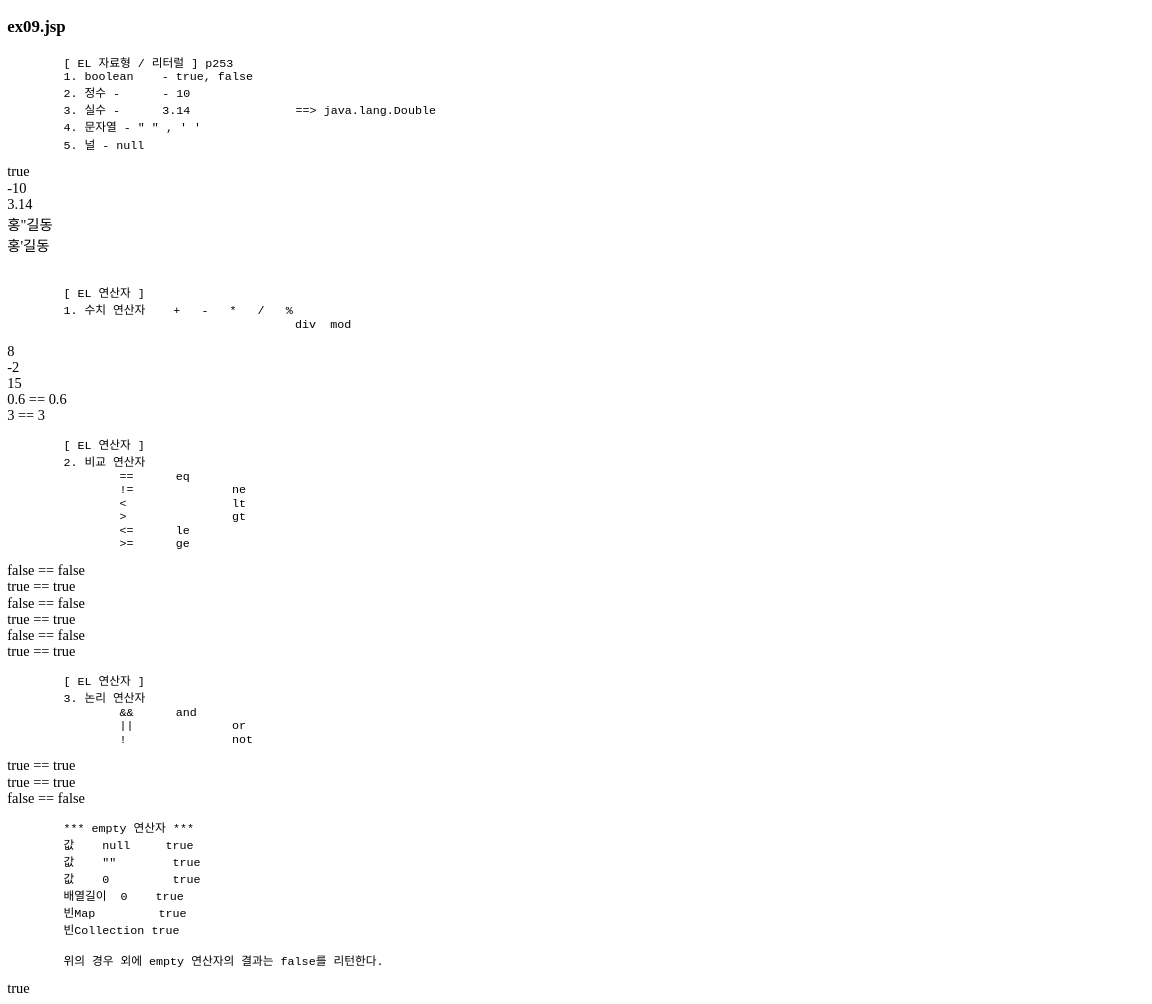
Repository: JavaYoo/kakao-emoticon-web-clone
Page: http://localhost/jspPro/days07/ex09.jsp
An editor plug-in stored every save of this project. The page is shown before and after the next save, followed by the edit.
The browser window is 1280 px wide. The pictures show the whole page, at 90% of full size.
The page is served by Tomcat 9. Other server files are loaded and not shown.

Above is the page before, as saved 2022-06-22 06:35:19.

### jspPro/src/main/webapp/days07/ex09.jsp
<%@ page contentType="text/html; charset=UTF-8" pageEncoding="UTF-8"%>
<%@ taglib prefix="c" uri="http://java.sun.com/jsp/jstl/core" %>
<!DOCTYPE html>
<html>
<head>
<meta charset="UTF-8">
<meta name="viewport" content="width=device-width, initial-scale=1.0">
<title>2022. 6. 22. - 오후 3:21:14</title>
<link rel="shortcut icon "type = "image/x-icon" href = "../images/SiSt.ico">
<script src="https://ajax.googleapis.com/ajax/libs/jquery/3.6.0/jquery.min.js"></script>
</head>
<body>

<h3>ex09.jsp</h3>

<pre>
	[ EL 자료형 / 리터럴 ] p253
	1. boolean    - true, false
	2. 정수 -      - 10
	3. 실수 -      3.14               ==> java.lang.Double
	4. 문자열 - " " , ' '
	5. 널 - null
</pre>
${ true }<br>
${ -10 }<br>
${ 3.14 }<br>
${ "홍\"길동" }<br>
${ '홍\'길동' }<br>
${ null }<br>

<pre>
	[ EL 연산자 ]
	1. 수치 연산자    +   -   *   /   %
	                                 div  mod
</pre>

${ 3 + 5 }<br>
${ 3 - 5 }<br>
${ 3 * 5 }<br>
${ 3 / 5 } == ${ 3 div 5 }<br>
${ 3 % 5 } == ${ 3 mod 5 }<br>

<pre>
	[ EL 연산자 ]
	2. 비교 연산자
		==	eq
		!=		ne
		<		lt
		>		gt
		<=	le
		>=	ge
</pre>

${ 5 == 3 } == ${ 5 eq 3 } <br>
${ 5 != 3 } == ${ 5 ne 3 } <br>
${ 5 < 3 } == ${ 5 lt 3 } <br>
${ 5 > 3 } == ${ 5 gt 3 } <br>
${ 5 <= 3 } == ${ 5 le 3 } <br>
${ 5 >= 3 } == ${ 5 ge 3 } <br>


<pre>
	[ EL 연산자 ]
	3. 논리 연산자
		&& 	and
		||		or
		!		not
</pre>

${ true && true } == ${ true and true }<br>
${ true || true } == ${ true or true }<br>
${  !true } == ${ not true }<br>

<pre>
	*** empty 연산자 ***
	값    null     true
	값    ""        true
	값    0         true
	배열길이  0    true
	빈Map         true
	빈Collection true

	위의 경우 외에 empty 연산자의 결과는 false를 리턴한다.
</pre>

${ empty "" }

</body>
</html>

After the next save:
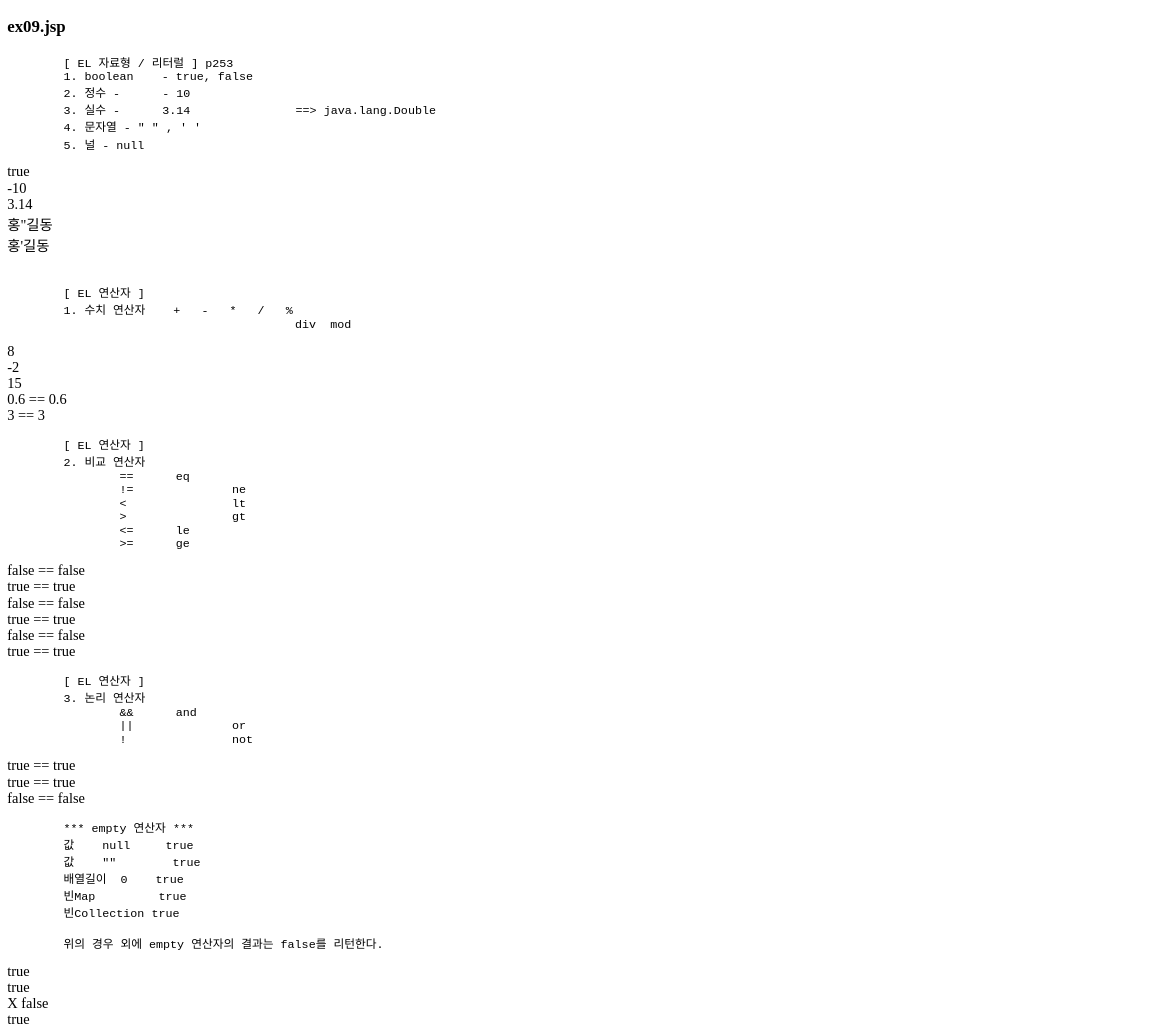
Saved 61 s later.
--- a/jspPro/src/main/webapp/days07/ex09.jsp
+++ b/jspPro/src/main/webapp/days07/ex09.jsp
@@ -75,7 +75,6 @@ ${  !true } == ${ not true }<br>
 	*** empty 연산자 ***
 	값    null     true
 	값    ""        true
-	값    0         true
 	배열길이  0    true
 	빈Map         true
 	빈Collection true
@@ -83,7 +82,10 @@ ${  !true } == ${ not true }<br>
 	위의 경우 외에 empty 연산자의 결과는 false를 리턴한다.
 </pre>
 
-${ empty "" }
+${ empty "" }<br>
+${ empty null }<br>
+X ${ empty 0 }<br>
+${ empty "" }<br>
 
 </body>
 </html>
